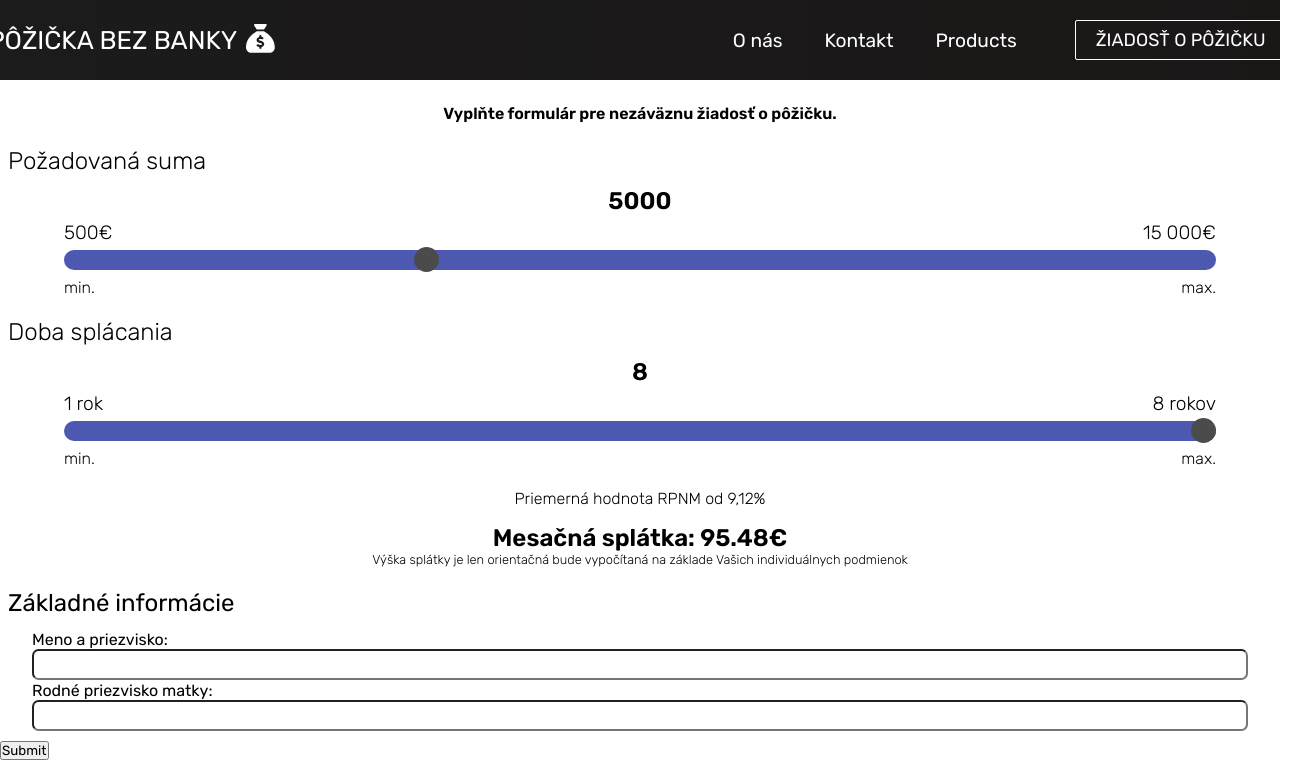
Repository: steve-lgtm/React-website-pozickabezbanky
Page: /ziadost
An editor plug-in stored every save of this project. The page is shown before and after a run of saves, followed by the edit.
The browser window is 1280 px wide. The page is 1305 px wide, so the pictures cover 1305 px, including what lies to the right of the window. The pictures show the whole page.
Some web libraries are served in a nearby version. The project was rebuilt for these pictures with package versions that can differ from the ones it lists, and the page was loaded fresh each time. Also part of the build but not shown: src/components/pages/Home.js, src/components/pages/Kontakt.js, src/components/pages/Products.js.

Above is the page before, as saved 2022-07-10 16:19:54.

After the next 2 saves:
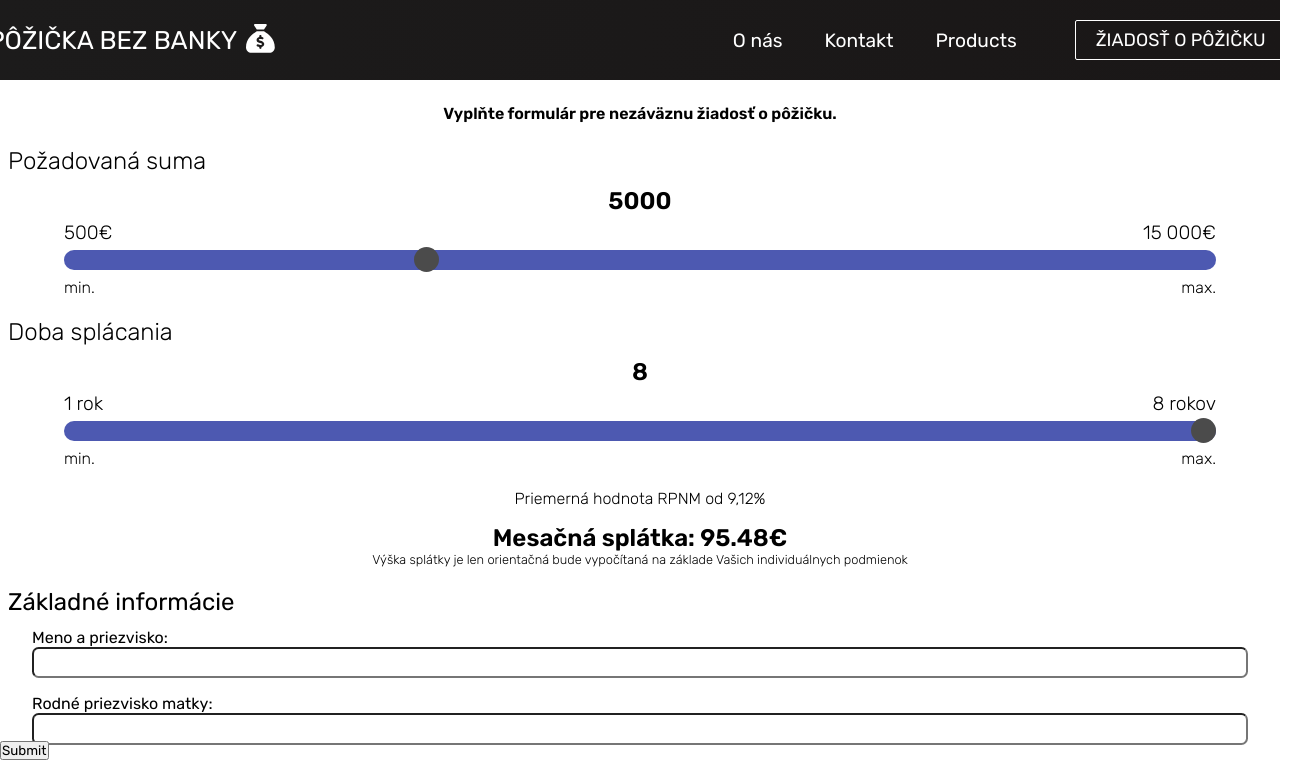
The 2 saves are shown as one change because they came seconds apart.
The last was saved 63 s later.
--- a/src/components/pages/Ziadost.css
+++ b/src/components/pages/Ziadost.css
@@ -92,6 +92,7 @@ font-weight: 300;
     justify-content:space-around;
     height: 7vh;
     margin: 0 1.5em;
+    margin-bottom: 1em;
 }
 input[type=text] {
     border-radius: 0.5em;
